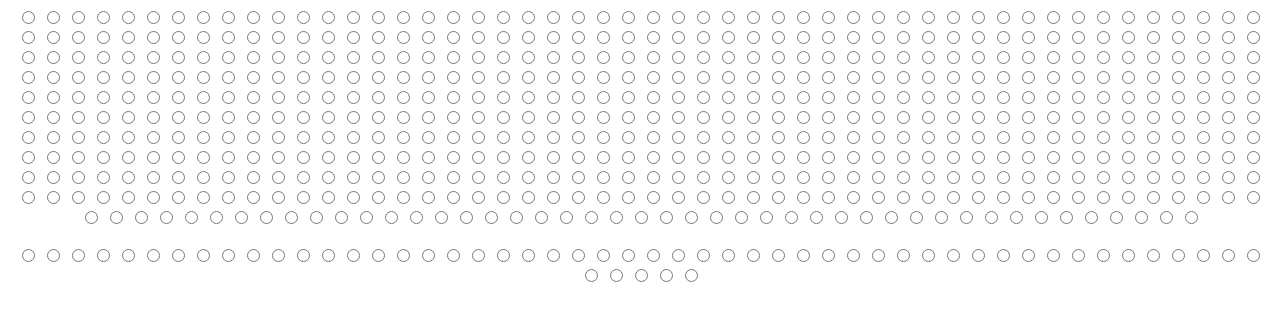
Repository: raghu225/raghu225.github.io
Page: composition/index.html
The author's editor kept a record of every edit. The page is drawn from the files as they stood at one moment, then again after the next edit.
The browser window is 1280 px wide. The pictures show the whole page.

Above is the page before.

### composition/index.html
<html>

    <head>
        <title>Urvi | Composition</title>
    </head>

    <body>
        <center>
        <input type="radio" name="rad">
        <input type="radio" name="rad">
        <input type="radio" name="rad">
        <input type="radio" name="rad">
        <input type="radio" name="rad">
        <input type="radio" name="rad">
        <input type="radio" name="rad">
        <input type="radio" name="rad">
        <input type="radio" name="rad">
        <input type="radio" name="rad">
        <input type="radio" name="rad">
        <input type="radio" name="rad">
        <input type="radio" name="rad">
        <input type="radio" name="rad">
        <input type="radio" name="rad">
        <input type="radio" name="rad">
        <input type="radio" name="rad">
        <input type="radio" name="rad">
        <input type="radio" name="rad">
        <input type="radio" name="rad">
        <input type="radio" name="rad">
        <input type="radio" name="rad">
        <input type="radio" name="rad">
        <input type="radio" name="rad">
        <input type="radio" name="rad">
        <input type="radio" name="rad">
        <input type="radio" name="rad">
        <input type="radio" name="rad">
        <input type="radio" name="rad">
        <input type="radio" name="rad">
        <input type="radio" name="rad">
        <input type="radio" name="rad">
        <input type="radio" name="rad">
        <input type="radio" name="rad">
        <input type="radio" name="rad">
        <input type="radio" name="rad">
        <input type="radio" name="rad">
        <input type="radio" name="rad">
        <input type="radio" name="rad">
        <input type="radio" name="rad">
        <input type="radio" name="rad">
        <input type="radio" name="rad">
        <input type="radio" name="rad">
        <input type="radio" name="rad">
        <input type="radio" name="rad">
        <input type="radio" name="rad">
        <input type="radio" name="rad">
        <input type="radio" name="rad">
        <input type="radio" name="rad">
        <input type="radio" name="rad">
        <input type="radio" name="rad">
        <input type="radio" name="rad">
        <input type="radio" name="rad">
        <input type="radio" name="rad">
        <input type="radio" name="rad">
        <input type="radio" name="rad">
        <input type="radio" name="rad">
        <input type="radio" name="rad">
        <input type="radio" name="rad">
        <input type="radio" name="rad">
        <input type="radio" name="rad">
        <input type="radio" name="rad">
        <input type="radio" name="rad">
        <input type="radio" name="rad">
        <input type="radio" name="rad">
        <input type="radio" name="rad">
        <input type="radio" name="rad">
        <input type="radio" name="rad">
        <input type="radio" name="rad">
        <input type="radio" name="rad">
        <input type="radio" name="rad">
        <input type="radio" name="rad">
        <input type="radio" name="rad">
        <input type="radio" name="rad">
        <input type="radio" name="rad">
        <input type="radio" name="rad">
        <input type="radio" name="rad">
        <input type="radio" name="rad">
        <input type="radio" name="rad">
        <input type="radio" name="rad">
        <input type="radio" name="rad">
        <input type="radio" name="rad">
        <input type="radio" name="rad">
        <input type="radio" name="rad">
        <input type="radio" name="rad">
        <input type="radio" name="rad">
        <input type="radio" name="rad">
        <input type="radio" name="rad">
        <input type="radio" name="rad">
        <input type="radio" name="rad">
        <input type="radio" name="rad">
        <input type="radio" name="rad">
        <input type="radio" name="rad">
        <input type="radio" name="rad">
        <input type="radio" name="rad">
        <input type="radio" name="rad">
        <input type="radio" name="rad">
        <input type="radio" name="rad">
        <input type="radio" name="rad">
        <input type="radio" name="rad">
        <input type="radio" name="rad">
        <input type="radio" name="rad">
        <input type="radio" name="rad">
        <input type="radio" name="rad">
        <input type="radio" name="rad">
        <input type="radio" name="rad">
        <input type="radio" name="rad">
        <input type="radio" name="rad">
        <input type="radio" name="rad">
        <input type="radio" name="rad">
        <input type="radio" name="rad">
        <input type="radio" name="rad">
        <input type="radio" name="rad">
        <input type="radio" name="rad">
        <input type="radio" name="rad">
        <input type="radio" name="rad">
        <input type="radio" name="rad">
        <input type="radio" name="rad">
        <input type="radio" name="rad">
        <input type="radio" name="rad">
        <input type="radio" name="rad">
        <input type="radio" name="rad">
        <input type="radio" name="rad">
        <input type="radio" name="rad">
        <input type="radio" name="rad">
        <input type="radio" name="rad">
        <input type="radio" name="rad">
        <input type="radio" name="rad">
        <input type="radio" name="rad">
        <input type="radio" name="rad">
        <input type="radio" name="rad">
        <input type="radio" name="rad">
        <input type="radio" name="rad">
        <input type="radio" name="rad">
        <input type="radio" name="rad">
        <input type="radio" name="rad">
        <input type="radio" name="rad">
        <input type="radio" name="rad">
        <input type="radio" name="rad">
        <input type="radio" name="rad">
        <input type="radio" name="rad">
        <input type="radio" name="rad">
        <input type="radio" name="rad">
        <input type="radio" name="rad">
        <input type="radio" name="rad">
        <input type="radio" name="rad">
        <input type="radio" name="rad">
        <input type="radio" name="rad">
        <input type="radio" name="rad">
        <input type="radio" name="rad">
        <input type="radio" name="rad">
        <input type="radio" name="rad">
        <input type="radio" name="rad">
        <input type="radio" name="rad">
        <input type="radio" name="rad">
        <input type="radio" name="rad">
        <input type="radio" name="rad">
        <input type="radio" name="rad">
        <input type="radio" name="rad">
        <input type="radio" name="rad">
        <input type="radio" name="rad">
        <input type="radio" name="rad">
        <input type="radio" name="rad">
        <input type="radio" name="rad">
        <input type="radio" name="rad">
        <input type="radio" name="rad">
        <input type="radio" name="rad">
        <input type="radio" name="rad">
        <input type="radio" name="rad">
        <input type="radio" name="rad">
        <input type="radio" name="rad">
        <input type="radio" name="rad">
        <input type="radio" name="rad">
        <input type="radio" name="rad">
        <input type="radio" name="rad">
        <input type="radio" name="rad">
        <input type="radio" name="rad">
        <input type="radio" name="rad">
        <input type="radio" name="rad">
        <input type="radio" name="rad">
        <input type="radio" name="rad">
        <input type="radio" name="rad">
        <input type="radio" name="rad">
        <input type="radio" name="rad">
        <input type="radio" name="rad">
        <input type="radio" name="rad">
        <input type="radio" name="rad">
        <input type="radio" name="rad">
        <input type="radio" name="rad">
        <input type="radio" name="rad">
        <input type="radio" name="rad">
        <input type="radio" name="rad">
        <input type="radio" name="rad">
        <input type="radio" name="rad">
        <input type="radio" name="rad">
        <input type="radio" name="rad">
        <input type="radio" name="rad">
        <input type="radio" name="rad">
        <input type="radio" name="rad">
        <input type="radio" name="rad">
        <input type="radio" name="rad">
        <input type="radio" name="rad">
        <input type="radio" name="rad">
        <input type="radio" name="rad">
        <input type="radio" name="rad">
        <input type="radio" name="rad">
        <input type="radio" name="rad">
        <input type="radio" name="rad">
        <input type="radio" name="rad">
        <input type="radio" name="rad">
        <input type="radio" name="rad">
        <input type="radio" name="rad">
        <input type="radio" name="rad">
        <input type="radio" name="rad">
        <input type="radio" name="rad">
        <input type="radio" name="rad">
        <input type="radio" name="rad">
        <input type="radio" name="rad">
        <input type="radio" name="rad">
        <input type="radio" name="rad">
        <input type="radio" name="rad">
        <input type="radio" name="rad">
        <input type="radio" name="rad">
        <input type="radio" name="rad">
        <input type="radio" name="rad">
        <input type="radio" name="rad">
        <input type="radio" name="rad">
        <input type="radio" name="rad">
        <input type="radio" name="rad">
        <input type="radio" name="rad">
        <input type="radio" name="rad">
        <input type="radio" name="rad">
        <input type="radio" name="rad">
        <input type="radio" name="rad">
        <input type="radio" name="rad">
        <input type="radio" name="rad">
        <input type="radio" name="rad">
        <input type="radio" name="rad">
        <input type="radio" name="rad">
        <input type="radio" name="rad">
        <input type="radio" name="rad">
        <input type="radio" name="rad">
        <input type="radio" name="rad">
        <input type="radio" name="rad">
        <input type="radio" name="rad">
        <input type="radio" name="rad">
        <input type="radio" name="rad">
        <input type="radio" name="rad">
        <input type="radio" name="rad">
        <input type="radio" name="rad">
        <input type="radio" name="rad">
        <input type="radio" name="rad">
        <input type="radio" name="rad">
        <input type="radio" name="rad">
        <input type="radio" name="rad">
        <input type="radio" name="rad">
        <input type="radio" name="rad">
        <input type="radio" name="rad">
        <input type="radio" name="rad">
        <input type="radio" name="rad">
        <input type="radio" name="rad">
        <input type="radio" name="rad">
        <input type="radio" name="rad">
        <input type="radio" name="rad">
        <input type="radio" name="rad">
        <input type="radio" name="rad">
        <input type="radio" name="rad">
        <input type="radio" name="rad">
        <input type="radio" name="rad">
        <input type="radio" name="rad">
        <input type="radio" name="rad">
        <input type="radio" name="rad">
        <input type="radio" name="rad">
        <input type="radio" name="rad">
        <input type="radio" name="rad">
        <input type="radio" name="rad">
        <input type="radio" name="rad">
        <input type="radio" name="rad">
        <input type="radio" name="rad">
        <input type="radio" name="rad">
        <input type="radio" name="rad">
        <input type="radio" name="rad">
        <input type="radio" name="rad">
        <input type="radio" name="rad">
        <input type="radio" name="rad">
        <input type="radio" name="rad">
        <input type="radio" name="rad">
        <input type="radio" name="rad">
        <input type="radio" name="rad">
        <input type="radio" name="rad">
        <input type="radio" name="rad">
        <input type="radio" name="rad">
        <input type="radio" name="rad">
        <input type="radio" name="rad">
        <input type="radio" name="rad">
        <input type="radio" name="rad">
        <input type="radio" name="rad">
        <input type="radio" name="rad">
        <input type="radio" name="rad">
        <input type="radio" name="rad">
        <input type="radio" name="rad">
        <input type="radio" name="rad">
        <input type="radio" name="rad">
        <input type="radio" name="rad">
        <input type="radio" name="rad">
        <input type="radio" name="rad">
        <input type="radio" name="rad">
        <input type="radio" name="rad">
        <input type="radio" name="rad">
        <input type="radio" name="rad">
        <input type="radio" name="rad">
        <input type="radio" name="rad">
        <input type="radio" name="rad">
        <input type="radio" name="rad">
        <input type="radio" name="rad">
        <input type="radio" name="rad">
        <input type="radio" name="rad">
        <input type="radio" name="rad">
        <input type="radio" name="rad">
        <input type="radio" name="rad">
        <input type="radio" name="rad">
        <input type="radio" name="rad">
        <input type="radio" name="rad">
        <input type="radio" name="rad">
        <input type="radio" name="rad">
        <input type="radio" name="rad">
        <input type="radio" name="rad">
        <input type="radio" name="rad">
        <input type="radio" name="rad">
        <input type="radio" name="rad">
        <input type="radio" name="rad">
        <input type="radio" name="rad">
        <input type="radio" name="rad">
        <input type="radio" name="rad">
        <input type="radio" name="rad">
        <input type="radio" name="rad">
        <input type="radio" name="rad">
        <input type="radio" name="rad">
        <input type="radio" name="rad">
        <input type="radio" name="rad">
        <input type="radio" name="rad">
        <input type="radio" name="rad">
        <input type="radio" name="rad">
        <input type="radio" name="rad">
        <input type="radio" name="rad">
        <input type="radio" name="rad">
        <input type="radio" name="rad">
        <input type="radio" name="rad">
        <input type="radio" name="rad">
        <input type="radio" name="rad">
        <input type="radio" name="rad">
        <input type="radio" name="rad">
        <input type="radio" name="rad">
        <input type="radio" name="rad">
        <input type="radio" name="rad">
        <input type="radio" name="rad">
        <input type="radio" name="rad">
        <input type="radio" name="rad">
        <input type="radio" name="rad">
        <input type="radio" name="rad">
        <input type="radio" name="rad">
        <input type="radio" name="rad">
        <input type="radio" name="rad">
        <input type="radio" name="rad">
        <input type="radio" name="rad">
        <input type="radio" name="rad">
        <input type="radio" name="rad">
        <input type="radio" name="rad">
        <input type="radio" name="rad">
        <input type="radio" name="rad">
        <input type="radio" name="rad">
        <input type="radio" name="rad">
        <input type="radio" name="rad">
        <input type="radio" name="rad">
        <input type="radio" name="rad">
        <input type="radio" name="rad">
        <input type="radio" name="rad">
        <input type="radio" name="rad">
        <input type="radio" name="rad">
        <input type="radio" name="rad">
        <input type="radio" name="rad">
        <input type="radio" name="rad">
        <input type="radio" name="rad">
        <input type="radio" name="rad">
        <input type="radio" name="rad">
        <input type="radio" name="rad">
        <input type="radio" name="rad">
        <input type="radio" name="rad">
        <input type="radio" name="rad">
        <input type="radio" name="rad">
        <input type="radio" name="rad">
        <input type="radio" name="rad">
        <input type="radio" name="rad">
        <input type="radio" name="rad">
        <input type="radio" name="rad">
        <input type="radio" name="rad">
        <input type="radio" name="rad">
        <input type="radio" name="rad">
        <input type="radio" name="rad">
        <input type="radio" name="rad">
        <input type="radio" name="rad">
        <input type="radio" name="rad">
        <input type="radio" name="rad">
        <input type="radio" name="rad">
        <input type="radio" name="rad">
        <input type="radio" name="rad">
        <input type="radio" name="rad">
        <input type="radio" name="rad">
        <input type="radio" name="rad">
        <input type="radio" name="rad">
        <input type="radio" name="rad">
        <input type="radio" name="rad">
        <input type="radio" name="rad">
        <input type="radio" name="rad">
        <input type="radio" name="rad">
        <input type="radio" name="rad">
        <input type="radio" name="rad">
        <input type="radio" name="rad">
        <input type="radio" name="rad">
        <input type="radio" name="rad">
        <input type="radio" name="rad">
        <input type="radio" name="rad">
        <input type="radio" name="rad">
        <input type="radio" name="rad">
        <input type="radio" name="rad">
        <input type="radio" name="rad">
        <input type="radio" name="rad">
        <input type="radio" name="rad">
        <input type="radio" name="rad">
        <input type="radio" name="rad">
        <input type="radio" name="rad">
        <input type="radio" name="rad">
        <input type="radio" name="rad">
        <input type="radio" name="rad">
        <input type="radio" name="rad">
        <input type="radio" name="rad">
        <input type="radio" name="rad">
        <input type="radio" name="rad">
        <input type="radio" name="rad">
        <input type="radio" name="rad">
        <input type="radio" name="rad">
        <input type="radio" name="rad">
        <input type="radio" name="rad">
        <input type="radio" name="rad">
        <input type="radio" name="rad">
        <input type="radio" name="rad">
        <input type="radio" name="rad">
        <input type="radio" name="rad">
        <input type="radio" name="rad">
        <input type="radio" name="rad">
        <input type="radio" name="rad">
        <input type="radio" name="rad">
        <input type="radio" name="rad">
        <input type="radio" name="rad">
        <input type="radio" name="rad">
        <input type="radio" name="rad">
        <input type="radio" name="rad">
        <input type="radio" name="rad">
        <input type="radio" name="rad">
        <input type="radio" name="rad">
        <input type="radio" name="rad">
        <input type="radio" name="rad">
        <input type="radio" name="rad">
        <input type="radio" name="rad">
        <input type="radio" name="rad">
        <input type="radio" name="rad">
        <input type="radio" name="rad">
        <input type="radio" name="rad">
        <input type="radio" name="rad">
        <input type="radio" name="rad">
        <input type="radio" name="rad">
        <input type="radio" name="rad">
        <input type="radio" name="rad">
        <input type="radio" name="rad">
        <input type="radio" name="rad">
        <input type="radio" name="rad">
        <input type="radio" name="rad">
        <input type="radio" name="rad">
        <input type="radio" name="rad">
        <input type="radio" name="rad">
        <input type="radio" name="rad">
        <input type="radio" name="rad">
        <input type="radio" name="rad">
        <input type="radio" name="rad">
        <input type="radio" name="rad">
        <input type="radio" name="rad">
        <input type="radio" name="rad">
        <input type="radio" name="rad">
        <input type="radio" name="rad">
        <input type="radio" name="rad">
        <input type="radio" name="rad">
        <input type="radio" name="rad">
        <input type="radio" name="rad">
        <input type="radio" name="rad">
        <input type="radio" name="rad">
        <input type="radio" name="rad">
        <input type="radio" name="rad">
        <input type="radio" name="rad">
        <input type="radio" name="rad">
        <input type="radio" name="rad">
        <input type="radio" name="rad">
        <input type="radio" name="rad">
        <input type="radio" name="rad">
        <input type="radio" name="rad">
        <input type="radio" name="rad">
        <input type="radio" name="rad">
        <input type="radio" name="rad">
        <input type="radio" name="rad">
        <input type="radio" name="rad">
        <input type="radio" name="rad">
        <input type="radio" name="rad">
        <input type="radio" name="rad">
        <input type="radio" name="rad">
        <input type="radio" name="rad">
        <input type="radio" name="rad">
        <input type="radio" name="rad">
        <input type="radio" name="rad">
        <input type="radio" name="rad">
        <input type="radio" name="rad">
        <input type="radio" name="rad">
        <input type="radio" name="rad">
        <input type="radio" name="rad">
        <input type="radio" name="rad">
        <input type="radio" name="rad">
        <input type="radio" name="rad">
        <input type="radio" name="rad">
        <input type="radio" name="rad">
        <input type="radio" name="rad">
        <input type="radio" name="rad">
        <input type="radio" name="rad">
        <input type="radio" name="rad">
        <input type="radio" name="rad">
        <input type="radio" name="rad">
        <input type="radio" name="rad">
        <input type="radio" name="rad">
        <input type="radio" name="rad">
        <input type="radio" name="rad">
        <input type="radio" name="rad">
        <input type="radio" name="rad">
        <input type="radio" name="rad">
        <input type="radio" name="rad">
        <input type="radio" name="rad">
        <input type="radio" name="rad">
        <input type="radio" name="rad">
        <input type="radio" name="rad">
        <br>
        <br>

        <input type="radio" name="rad">
        <input type="radio" name="rad">
        <input type="radio" name="rad">
        <input type="radio" name="rad">
        <input type="radio" name="rad">
        <input type="radio" name="rad">
        <input type="radio" name="rad">
        <input type="radio" name="rad">
        <input type="radio" name="rad">
        <input type="radio" name="rad">
        <input type="radio" name="rad">
        <input type="radio" name="rad">
        <input type="radio" name="rad">
        <input type="radio" name="rad">
        <input type="radio" name="rad">
        <input type="radio" name="rad">
        <input type="radio" name="rad">
        <input type="radio" name="rad">
        <input type="radio" name="rad">
        <input type="radio" name="rad">
        <input type="radio" name="rad">
        <input type="radio" name="rad">
        <input type="radio" name="rad">
        <input type="radio" name="rad">
        <input type="radio" name="rad">
        <input type="radio" name="rad">
        <input type="radio" name="rad">
        <input type="radio" name="rad">
        <input type="radio" name="rad">
        <input type="radio" name="rad">
        <input type="radio" name="rad">
        <input type="radio" name="rad">
        <input type="radio" name="rad">
        <input type="radio" name="rad">
        <input type="radio" name="rad">
        <input type="radio" name="rad">
        <input type="radio" name="rad">
        <input type="radio" name="rad">
        <input type="radio" name="rad">
        <input type="radio" name="rad">
        <input type="radio" name="rad">
        <input type="radio" name="rad">
        <input type="radio" name="rad">
        <input type="radio" name="rad">
        <input type="radio" name="rad">
        <input type="radio" name="rad">
        <input type="radio" name="rad">
        <input type="radio" name="rad">
        <input type="radio" name="rad">
        <input type="radio" name="rad">
        <input type="radio" name="rad">
        <input type="radio" name="rad">
        <input type="radio" name="rad">
        <input type="radio" name="rad">
        <input type="radio" name="rad">




    </body>

</html>

After the next edit:
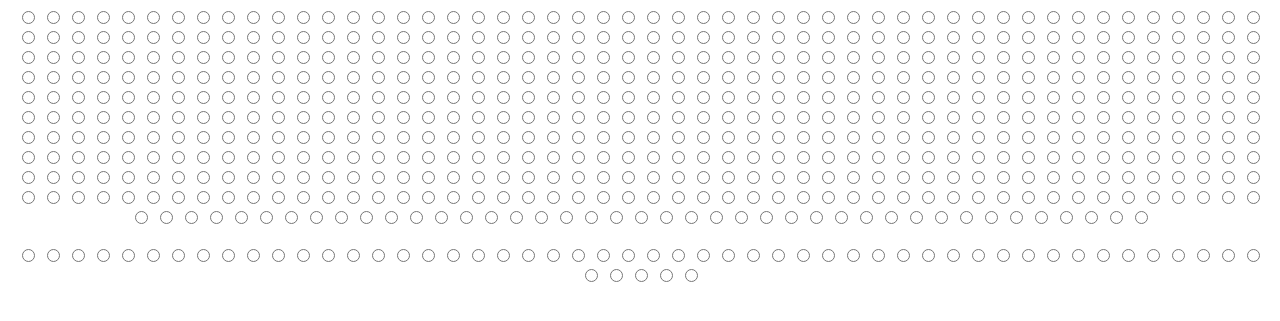
The edit:
--- a/composition/index.html
+++ b/composition/index.html
@@ -547,10 +547,7 @@
         <input type="radio" name="rad">
         <input type="radio" name="rad">
         <input type="radio" name="rad">
-        <input type="radio" name="rad">
-        <input type="radio" name="rad">
-        <input type="radio" name="rad">
-        <input type="radio" name="rad">
+
         <br>
         <br>
 
